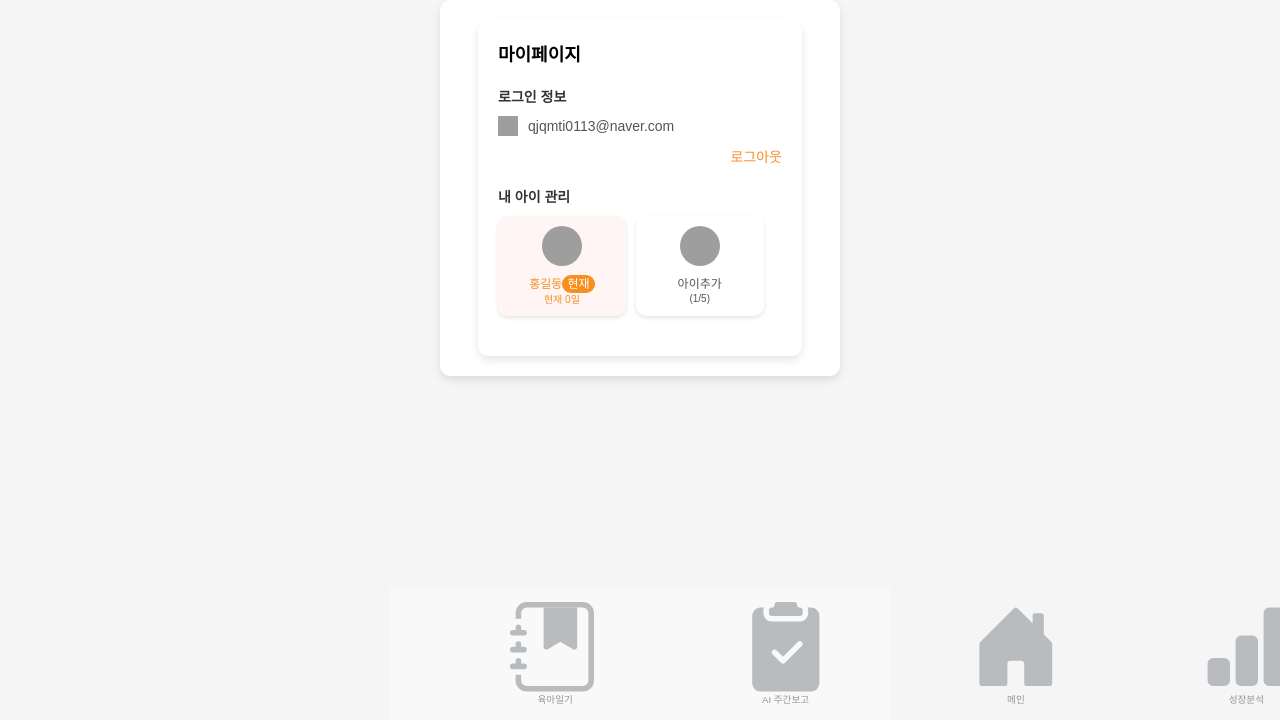
Repository: fromBirth/frombirth-frontend
Page: /mypage
The author's editor kept a copy of each file at every save. The page is drawn from the files as they stood at one save, then again after the next save.
The browser window is 1280 px wide. The pictures show the whole page.
Pictures or frames that could not be fetched are drawn as grey boxes. Some web fonts or font styles are not loaded; a fallback is used. The project was rebuilt for these pictures with package versions that can differ from the ones it lists, and the page was loaded fresh each time. Also part of the build but not shown: vite.config.js.

Above is the page before, as saved 2024-10-30 12:40:56.

### index.html
<!doctype html>
<html lang="en">
  <head>
    <meta charset="UTF-8" />
    <link rel="icon" type="image/svg+xml" href="/fromBirthIcon" />
    <meta name="viewport" content="width=device-width, initial-scale=1.0" />
    <script src="https://t1.kakaocdn.net/kakao_js_sdk/2.7.2/kakao.min.js" integrity="sha384-TiCUE00h649CAMonG018J2ujOgDKW/kVWlChEuu4jK2vxfAAD0eZxzCKakxg55G4" crossorigin="anonymous"></script>
    <title>fromBirth</title>
  </head>
  <body>
    <div id="root"></div>
    <script type="module" src="/src/main.jsx"></script>
  </body>
</html>

### src/main.jsx
/* src/main.jsx */

// StrictMode와 createRoot 함수를 React에서 import
import { StrictMode } from 'react'
import { createRoot } from 'react-dom/client'
// 애플리케이션의 메인 컴포넌트인 App을 import
import App from './App.jsx'

// React 애플리케이션의 루트 DOM 요소에 App 컴포넌트를 렌더링
createRoot(document.getElementById('root')).render(
  <StrictMode>
    <App />
  </StrictMode>,
)

### src/App.jsx
/* src/App.jsx */

// 전체 애플리케이션에 라우팅 기능을 제공하는 BrowserRouter를 import
import { BrowserRouter as Router } from 'react-router-dom';
// 전역적으로 인증 상태를 관리하기 위해 AuthProvider를 import
import { AuthProvider } from './contexts/AuthContext';
// 애플리케이션의 전체 라우팅 구성을 위한 AppRouter를 import
import AppRouter from './routes/AppRouter'; // 라우팅 설정을 불러옴

// App 컴포넌트는 애플리케이션의 최상위 컴포넌트로, 인증과 라우팅을 관리
function App() {
    return (
        <AuthProvider>  {/* 인증 컨텍스트 제공 */}
            <Router>  {/* 라우팅 제공 */}
                <AppRouter /> {/* 전체 라우팅 설정 */}
            </Router>
        </AuthProvider>
    );
}

// App 컴포넌트를 기본으로 내보내기
export default App;

### src/contexts/AuthContext.jsx
/* src/contexts/AuthContext.jsx */

import { createContext, useState } from 'react';

// Context 생성
export const AuthContext = createContext();

// Context Provider 컴포넌트
export const AuthProvider = ({ children }) => {
    const [isAuthenticated, setIsAuthenticated] = useState(false);

    // 로그인/로그아웃 상태 변경 함수
    const toggleAuth = () => {
        setIsAuthenticated(!isAuthenticated);
    };

    return (
        <AuthContext.Provider value={{ isAuthenticated, toggleAuth }}>
            {children}
        </AuthContext.Provider>
    );
};

### src/routes/AppRouter.jsx
/* src/routes/AppRouter.jsx */

// React Router의 Routes와 Route 컴포넌트를 사용해 라우팅 구성
import { Routes, Route, Navigate } from 'react-router-dom';
// React에서 컴포넌트를 동적 로딩할 수 있도록 Suspense와 lazy를 사용
import { Suspense, lazy } from 'react';
// PATHS 객체를 import하여 경로를 상수로 관리
import { PATHS } from './paths';
// 전체 레이아웃 컴포넌트로, 로그인이 필요한 페이지의 공통 레이아웃으로 사용
import Layout from '../components/common/Layout.jsx';
// 스피너 컴포넌트 import
import Spinner from '../components/common/Spinner.jsx';
// 전역 스타일 파일을 import하여 스타일 적용
import '/src/assets/styles/common.css';

// React.lazy를 사용하여 동적 import로 각 페이지를 로딩하여 초기 로딩 속도 최적화
const Login = lazy(() => import('../components/login/Login.jsx'));
const Dashboard = lazy(() => import('../components/dashboard/Dashboard.jsx'));
const BabyDiary = lazy(() => import('../components/baby-diary/BabyDiary.jsx'));
const DiaryList = lazy(() => import('../components/baby-diary/DiaryList.jsx'));
const DiaryListPhoto = lazy(() => import('../components/baby-diary/DiaryListPhoto.jsx'));
const DiaryRegister = lazy(() => import('../components/baby-diary/DiaryRegister.jsx'));
const DiaryDetail = lazy(() => import('../components/baby-diary/DiaryDetail.jsx'));
const WeeklyReport = lazy(() => import('../components/weekly-report/WeeklyReport.jsx'));
const GrowthAnalysis = lazy(() => import('../components/growth-analysis/GrowthAnalysis.jsx'));
const MyPage = lazy(() => import('../components/my-page/MyPage.jsx'));
const ChildRegister = lazy(() => import('../components/my-page/ChildRegister.jsx'));

function AppRouter() {
    return (
        // Suspense로 동적 로딩 중 스피너 화면 표시
        <Suspense fallback={<Spinner />}>
            <Routes>
                {/* 로그인 페이지 */}
                <Route path={PATHS.LOGIN} element={<Login />} />

                {/* 기본 경로에서 메인 대시보드 화면으로 리다이렉트 */}
                <Route path="/" element={<Navigate to={PATHS.DASHBOARD} />} />

                {/* Layout 컴포넌트를 상위 요소로 하여 로그인이 필요한 페이지 구성 */}
                <Route element={<Layout />}>
                    {/* 메인 대시보드 페이지 */}
                    <Route path={PATHS.DASHBOARD} element={<Dashboard />} />

                    {/* BabyDiary 관련 페이지 */}
                    <Route path={PATHS.BABY_DIARY} element={<BabyDiary />} />
                    <Route path={PATHS.DIARY_LIST} element={<DiaryList />} />
                    <Route path={PATHS.DIARY_LIST_PHOTO} element={<DiaryListPhoto />} />
                    <Route path={PATHS.DIARY_REGISTER} element={<DiaryRegister />} />
                    <Route path={PATHS.DIARY_DETAIL} element={<DiaryDetail />} />

                    {/* WeeklyReport 페이지 */}
                    <Route path={PATHS.WEEKLY_REPORT} element={<WeeklyReport />} />

                    {/* GrowthAnalysis 페이지 */}
                    <Route path={PATHS.GROWTH_ANALYSIS} element={<GrowthAnalysis />} />

                    {/* MyPage 관련 페이지 */}
                    <Route path={PATHS.MY_PAGE} element={<MyPage />} />
                    <Route path={PATHS.CHILD_REGISTER} element={<ChildRegister />} />
                </Route>
            </Routes>
        </Suspense>
    );
}

export default AppRouter;

### src/routes/paths.js
/* src/routes/paths.js */

// PATHS 객체는 애플리케이션에서 사용하는 주요 라우트 경로를 상수로 관리
// 경로가 변경되더라도 이 파일만 수정하면 모든 라우트에 반영되어 유지보수가 용이해짐
export const PATHS = {

    // 로그인 페이지 경로
    LOGIN: "/login",

    // 메인 페이지 경로
    MAIN: "/main",

    // 육아 일기 섹션 경로들
    BABY_DIARY: "/babydiary",               // 육아 일기 메인 경로
    DIARY_LIST: "/babydiary/list",          // 일기 목록 페이지 경로
    DIARY_LIST_PHOTO: "/babydiary/listphoto", // 사진으로 보는 일기 목록 경로
    DIARY_REGISTER: "/babydiary/register",  // 일기 작성 페이지 경로
    DIARY_DETAIL: "/babydiary/detail",      // 일기 상세 페이지 경로

    // AI주간보고 페이지 경로
    WEEKLY_REPORT: "/weeklyreport",

    // 성장 분석 페이지 경로
    GROWTH_ANALYSIS: "/growthanalysis",

    // 내정보 섹션 경로들
    MY_PAGE: "/mypage",                     // 마이페이지 메인 경로
    CHILD_REGISTER: "/mypage/register",     // 아이 등록 페이지 경로
};

### src/components/common/Layout.jsx
/* src/components/Layout.jsx */

import { Link, Outlet, useLocation } from 'react-router-dom';
import { useState, useEffect } from 'react';
import '/src/assets/styles/layout.css';

function Layout() {

    const location = useLocation();
    const [activePath, setActivePath] = useState(location.pathname);

    // 라우터 변경 시 활성화 상태 업데이트
    useEffect(() => {
        setActivePath(location.pathname);
    }, [location]);

    return (
        <div className="layout">

            {/* 🔴 페이지 컨텐츠 */}
        <div className="container">
                <Outlet /> {/* 자식 페이지들이 이곳에 렌더링됩니다. */}
            </div>

            {/* 🔴 푸터 */}
            <footer className="footer">
                <nav className={"footer-nav"}>
                    <Link to="/babydiary" >
                        <div className={`nav-item ${activePath === '/babydiary' ? 'btn-active' : ''}`}>
                            <svg xmlns="http://www.w3.org/2000/svg" style={{ fill: activePath === '/babydiary' ? 'var(--logo-color)' : 'var(--menu-symbol-color)' }}
                                className="bi bi-journal-bookmark-fill" viewBox="0 0 16 16">
                                <path fillRule="evenodd"
                                    d="M6 1h6v7a.5.5 0 0 1-.757.429L9 7.083 6.757 8.43A.5.5 0 0 1 6 8z" />
                                <path
                                    d="M3 0h10a2 2 0 0 1 2 2v12a2 2 0 0 1-2 2H3a2 2 0 0 1-2-2v-1h1v1a1 1 0 0 0 1 1h10a1 1 0 0 0 1-1V2a1 1 0 0 0-1-1H3a1 1 0 0 0-1 1v1H1V2a2 2 0 0 1 2-2" />
                                <path
                                    d="M1 5v-.5a.5.5 0 0 1 1 0V5h.5a.5.5 0 0 1 0 1h-2a.5.5 0 0 1 0-1zm0 3v-.5a.5.5 0 0 1 1 0V8h.5a.5.5 0 0 1 0 1h-2a.5.5 0 0 1 0-1zm0 3v-.5a.5.5 0 0 1 1 0v.5h.5a.5.5 0 0 1 0 1h-2a.5.5 0 0 1 0-1z" />
                            </svg>
                            <span>육아일기</span>
                        </div>
                    </Link>
                    <Link to="/weeklyreport" >
                        <div className={`nav-item ${activePath === '/weeklyreport' ? 'btn-active' : ''}`}>
                            <svg xmlns="http://www.w3.org/2000/svg" style={{ fill: activePath === '/weeklyreport' ? 'var(--logo-color)' : 'var(--menu-symbol-color)' }}
                                className="bi bi-clipboard2-check-fill" viewBox="0 0 16 16">
                                <path
                                    d="M10 .5a.5.5 0 0 0-.5-.5h-3a.5.5 0 0 0-.5.5.5.5 0 0 1-.5.5.5.5 0 0 0-.5.5V2a.5.5 0 0 0 .5.5h5A.5.5 0 0 0 11 2v-.5a.5.5 0 0 0-.5-.5.5.5 0 0 1-.5-.5" />
                                <path
                                    d="M4.085 1H3.5A1.5 1.5 0 0 0 2 2.5v12A1.5 1.5 0 0 0 3.5 16h9a1.5 1.5 0 0 0 1.5-1.5v-12A1.5 1.5 0 0 0 12.5 1h-.585q.084.236.085.5V2a1.5 1.5 0 0 1-1.5 1.5h-5A1.5 1.5 0 0 1 4 2v-.5q.001-.264.085-.5m6.769 6.854-3 3a.5.5 0 0 1-.708 0l-1.5-1.5a.5.5 0 1 1 .708-.708L7.5 9.793l2.646-2.647a.5.5 0 0 1 .708.708" />
                            </svg>
                            <span>AI 주간보고</span>
                        </div>

                    </Link>
                    <Link to="/dashboard" >
                        <div className={`nav-item ${activePath === '/dashboard' ? 'btn-active' : ''}`}>
                            <svg xmlns="http://www.w3.org/2000/svg" style={{ fill: activePath === '/dashboard' ? 'var(--logo-color)' : 'var(--menu-symbol-color)' }}
                                className="bi bi-house-door-fill" viewBox="0 0 16 16">
                                <path
                                    d="M6.5 14.5v-3.505c0-.245.25-.495.5-.495h2c.25 0 .5.25.5.5v3.5a.5.5 0 0 0 .5.5h4a.5.5 0 0 0 .5-.5v-7a.5.5 0 0 0-.146-.354L13 5.793V2.5a.5.5 0 0 0-.5-.5h-1a.5.5 0 0 0-.5.5v1.293L8.354 1.146a.5.5 0 0 0-.708 0l-6 6A.5.5 0 0 0 1.5 7.5v7a.5.5 0 0 0 .5.5h4a.5.5 0 0 0 .5-.5" />
                            </svg>
                            <span>메인</span>
                        </div>

                    </Link>
                    <Link to="/growthanalysis" >
                        <div className={`nav-item ${activePath === '/growthanalysis' ? 'btn-active' : ''}`}>
                            <svg xmlns="http://www.w3.org/2000/svg" style={{ fill: activePath === '/growthanalysis' ? 'var(--logo-color)' : 'var(--menu-symbol-color)' }}
                                className="bi bi-bar-chart-fill" viewBox="0 0 16 16">
                                <path
                                    d="M1 11a1 1 0 0 1 1-1h2a1 1 0 0 1 1 1v3a1 1 0 0 1-1 1H2a1 1 0 0 1-1-1zm5-4a1 1 0 0 1 1-1h2a1 1 0 0 1 1 1v7a1 1 0 0 1-1 1H7a1 1 0 0 1-1-1zm5-5a1 1 0 0 1 1-1h2a1 1 0 0 1 1 1v12a1 1 0 0 1-1 1h-2a1 1 0 0 1-1-1z" />
                            </svg>
                            <span>성장분석</span>
                        </div>

                    </Link>
                    <Link to="/mypage" >
                        <div className={`nav-item ${activePath === '/mypage' ? 'btn-active' : ''}`}>
                            <svg xmlns="http://www.w3.org/2000/svg" style={{ fill: activePath === '/mypage' ? 'var(--logo-color)' : 'var(--menu-symbol-color)' }}
                                className="bi bi-person-fill" viewBox="0 0 16 16">
                                <path d="M3 14s-1 0-1-1 1-4 6-4 6 3 6 4-1 1-1 1zm5-6a3 3 0 1 0 0-6 3 3 0 0 0 0 6" />
                            </svg>
                            <span>내정보</span>
                        </div>
                    </Link>
                </nav>
            </footer>
        </div>
    );
}

export default Layout;

### src/components/common/Spinner.jsx
/* src/components/Spinner.jsx */

const Spinner = () => {
    return (
        <div className="spinner-overlay">
            <div className="spinner"></div>
        </div>
    );
};

export default Spinner;

### src/assets/styles/common.css
/* src/assets/styles/common.css */

/* 🔴 폰트 설정 */
@font-face { font-family: 'Pretendard'; font-weight: 100; font-style: normal; src: url('https://cdn.jsdelivr.net/gh/webfontworld/pretendard/Pretendard-Thin.woff') format('woff'); font-display: swap; }
@font-face { font-family: 'Pretendard'; font-weight: 200; font-style: normal; src: url('https://cdn.jsdelivr.net/gh/webfontworld/pretendard/Pretendard-ExtraLight.woff') format('woff'); font-display: swap; }
@font-face { font-family: 'Pretendard'; font-weight: 300; font-style: normal; src: url('https://cdn.jsdelivr.net/gh/webfontworld/pretendard/Pretendard-Light.woff') format('woff'); font-display: swap; }
@font-face { font-family: 'Pretendard'; font-weight: 400; font-style: normal; src: url('https://cdn.jsdelivr.net/gh/webfontworld/pretendard/Pretendard-Regular.woff') format('woff'); font-display: swap; }
@font-face { font-family: 'Pretendard'; font-weight: 500; font-style: normal; src: url('https://cdn.jsdelivr.net/gh/webfontworld/pretendard/Pretendard-Medium.woff') format('woff'); font-display: swap; }
@font-face { font-family: 'Pretendard'; font-weight: 600; font-style: normal; src: url('https://cdn.jsdelivr.net/gh/webfontworld/pretendard/Pretendard-SemiBold.woff') format('woff'); font-display: swap; }
@font-face { font-family: 'Pretendard'; font-weight: 700; font-style: normal; src: url('https://cdn.jsdelivr.net/gh/webfontworld/pretendard/Pretendard-Bold.woff') format('woff'); font-display: swap; }
@font-face { font-family: 'Pretendard'; font-weight: 800; font-style: normal; src: url('https://cdn.jsdelivr.net/gh/webfontworld/pretendard/Pretendard-ExtraBold.woff') format('woff'); font-display: swap; }
@font-face { font-family: 'Pretendard'; font-weight: 900; font-style: normal; src: url('https://cdn.jsdelivr.net/gh/webfontworld/pretendard/Pretendard-Black.woff') format('woff'); font-display: swap; }
/* HakgyoansimDunggeunmisoTTF 폰트 설정 (로컬 파일) */
@font-face { font-family: 'HakgyoansimDunggeunmisoTTF-B'; src: url('/src/assets/fonts/Hakgyoansim-Dunggeunmiso-TTF-B.ttf') format('truetype'); font-weight: normal; font-style: normal; }
@font-face { font-family: 'HakgyoansimDunggeunmisoTTF-R'; src: url('/src/assets/fonts/Hakgyoansim-Dunggeunmiso-TTF-R.ttf') format('truetype'); font-weight: normal; font-style: normal; }

/* 🔴 css 초기화 설정 */
html, body { font-family: "Pretendard", sans-serif; height: 100%; margin: 0; padding: 0; }
body { display: flex; justify-content: center; align-items: center; min-height: 100vh; margin: 0; background-color: #f5f5f5; }
* { margin: 0; padding: 0; box-sizing: border-box; }
a { text-decoration: none; color: black; }
ul, li, ol, dl, dd { list-style: none; margin: 0; }
img { max-width: 100%; height: auto; border: 0; }
table { border-collapse: collapse; border-spacing: 0; }
td, th { padding: 0; }
input[type="checkbox"] { cursor: pointer; }
button { appearance: none; border: 0; background: transparent; font: inherit; outline: none; cursor: pointer; }
button:disabled { cursor: default; }
label { margin: 0; font-weight: normal; }
p { margin: 0; }
input::placeholder { color: #888; }

/* 🔴 색상 등 전역 변수 설정 */
:root { --logo-color: #FF893C; --button-disabled-color: #E6E9F0; --menu-symbol-color: #B8BCBF; --menu-text-color: #949598; --background-color: #F4F7FC; }

/* 🔴 루트 컨테이너 크기 설정 */
#root { height: 100vh; width: 100vw; }

/* 🔴 로딩 스피너 */
.spinner-overlay { position: fixed; top: 0; left: 0; width: 100vw; height: 100vh; display: flex; justify-content: center; align-items: center; background: rgba(255, 255, 255, 0.8); z-index: 1000; }
.spinner { width: 40px; height: 40px; border: 5px solid rgba(0, 0, 0, 0.1); border-top-color: #3498db; border-radius: 50%; animation: spin 1s linear infinite; }
@keyframes spin { to { transform: rotate(360deg); }
 }

### src/components/my-page/MyPage.jsx
import React from 'react';
import './MyPage.css';

const MyPage = () => {
    return (
        <div className="container">
            <div className="header">마이페이지</div>

            <div className="login-info">
                <h3>로그인 정보</h3>
                <div className="email">
                    <img src="email-icon.png" alt="Email Icon" />
                    <span>qjqmti0113@naver.com</span>
                </div>
                <div className="logout">로그아웃</div>
            </div>

            <div className="child-management">
                <h3>내 아이 관리</h3>
                <div className="child-cards">
                    <div className="child-card active-child">
                        <img src="child1.png" alt="Child Image" />
                        <div>
                            홍길동
                            <span style={{ backgroundColor: '#f78e1e', color: 'white', borderRadius: '10px', padding: '2px 5px' }}>현재</span>
                        </div>
                        <small>현재 0일</small>
                    </div>
                    <div className="child-card">
                        <img src="add-child.png" alt="Add Child" />
                        <div>아이추가</div>
                        <small>(1/5)</small>
                    </div>
                </div>
            </div>
        </div>
    );
};

export default MyPage;

### src/assets/styles/layout.css
/* src/assets/styles/layout.css */

/* 레이아웃 */
.layout { display: flex; flex-direction: column; min-height: 100vh; width: 100vw; align-items: center; }

 /* 콘텐츠 영역 */
.content { flex-grow: 1; width: 100%; max-width: 500px; margin: 0 auto; padding: 0 16px; overflow-y: auto; padding-bottom: 60px;}

/* 중앙 컨테이너 스타일 */
.layout .container { background-color: white; width: 90%; max-width: 400px; padding: 20px; border-radius: 10px; box-shadow: 0 4px 8px rgba(0, 0, 0, 0.1); margin: 0 auto; }

/* 헤더 스타일 */
.layout .content .container .header { display: flex; align-items: center; gap: 10px; margin-bottom: 20px; }
.layout .content .container .header .profile-image { width: 40px; height: 40px; border-radius: 50%; background-color: #f0e68c; }
.layout .content .container .header .header-title { font-size: 18px; }
.layout .content .container .header .header-dropdown { font-size: 14px; color: gray; }

/* footer */
.layout .footer { background-color: #F9F9F9; text-align: center; display: flex; justify-content: center; width: 100%; max-width: 500px; margin: 0 auto; position: fixed; bottom: 0;  }
.layout .footer .footer-nav { display: flex; justify-content: space-around; width: 100%; max-width: 400px; }
.layout .footer .footer-nav .nav-item { display: flex; flex-direction: column; justify-content: center; color: #949598; font-size: 0.6em; min-width: 12vw; margin: 1vh 3vw; padding: 1vh 1vw; }
.layout .footer .footer-nav .nav-item.btn-active { background-color: #FE8A3C1F; color: #FF893C; border-radius:9px; }
.layout .footer .footer-nav .nav-item svg { margin: auto; width: 7vw; }

### src/components/my-page/MyPage.css
.header { font-size: 18px; font-weight: bold; margin-bottom: 20px; }

.login-info, .child-management { margin-bottom: 20px; }

.login-info h3, .child-management h3 { font-size: 14px; color: #333; margin-bottom: 10px; }

.email { display: flex; align-items: center; font-size: 14px; color: #555; margin-bottom: 10px; }

.email img { width: 20px; height: 20px; margin-right: 10px; }

.logout { font-size: 14px; color: #f78e1e; text-align: right; cursor: pointer; }

.child-cards { display: flex; gap: 10px; }

.child-card { width: 45%; padding: 10px; text-align: center; font-size: 12px; color: #555; border-radius: 10px; box-shadow: 0 2px 4px rgba(0, 0, 0, 0.1); }

.child-card img { width: 40px; height: 40px; border-radius: 50%; margin-bottom: 5px; }

.active-child { background-color: #fff5f5; color: #f78e1e; }

After the next save:
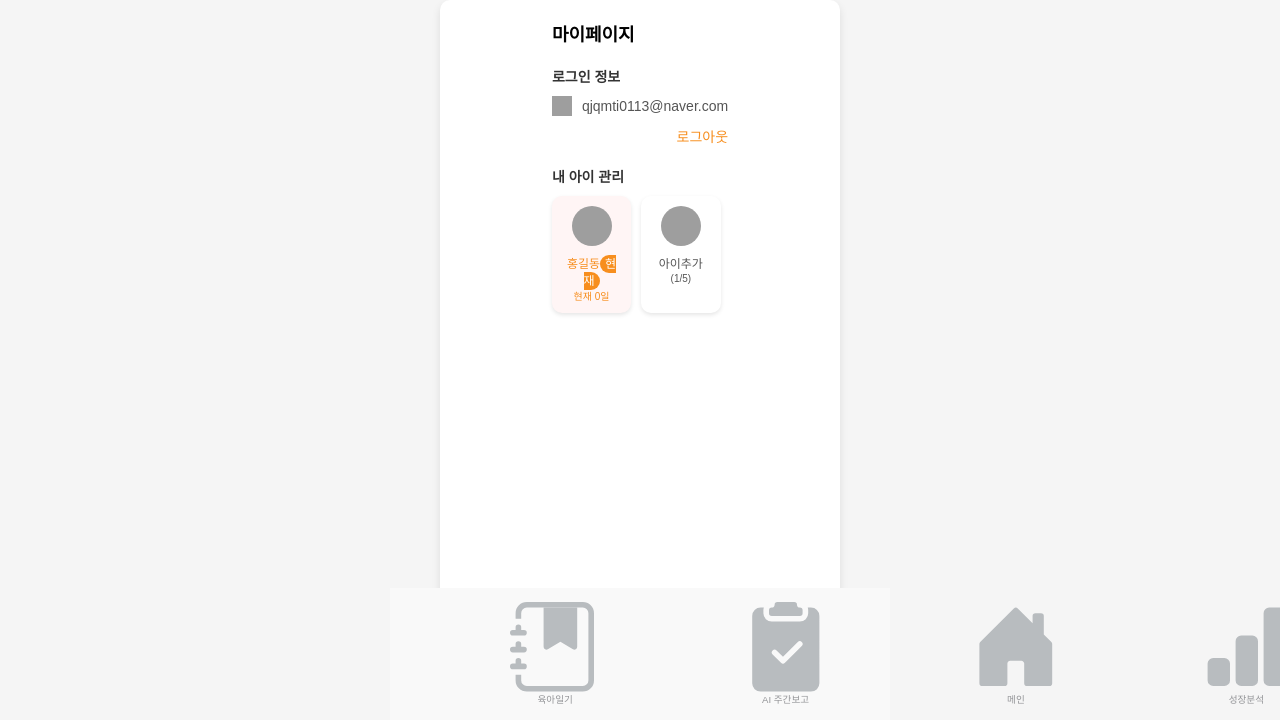
Saved 25 s later.
--- a/src/assets/styles/layout.css
+++ b/src/assets/styles/layout.css
@@ -7,7 +7,7 @@
 .content { flex-grow: 1; width: 100%; max-width: 500px; margin: 0 auto; padding: 0 16px; overflow-y: auto; padding-bottom: 60px;}
 
 /* 중앙 컨테이너 스타일 */
-.layout .container { background-color: white; width: 90%; max-width: 400px; padding: 20px; border-radius: 10px; box-shadow: 0 4px 8px rgba(0, 0, 0, 0.1); margin: 0 auto; }
+.layout { background-color: white; width: 90%; max-width: 400px; padding: 20px; border-radius: 10px; box-shadow: 0 4px 8px rgba(0, 0, 0, 0.1); margin: 0 auto; }
 
 /* 헤더 스타일 */
 .layout .content .container .header { display: flex; align-items: center; gap: 10px; margin-bottom: 20px; }
